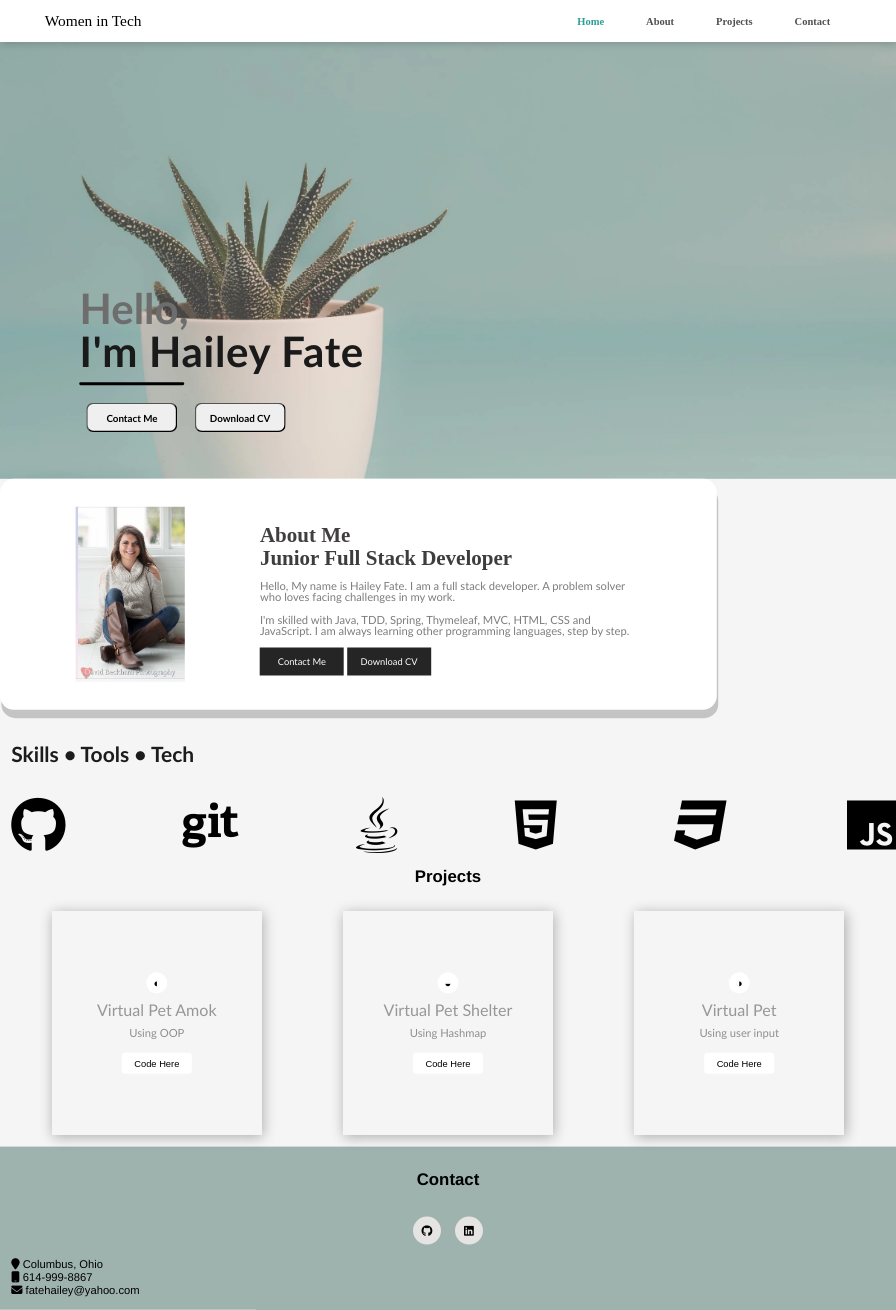
Repository: fatehailey/fatehailey.github.io
Page: index.html
These files come from the project's save history. The page is drawn as it stood at one moment and after a run of saves; the edit follows.
The browser window is 1280 px wide. The pictures show the whole page, at 70% of full size.
Some web libraries are served in a nearby version.

Above is the page before, as saved 2022-07-25 15:23:50.

After the next 5 saves:
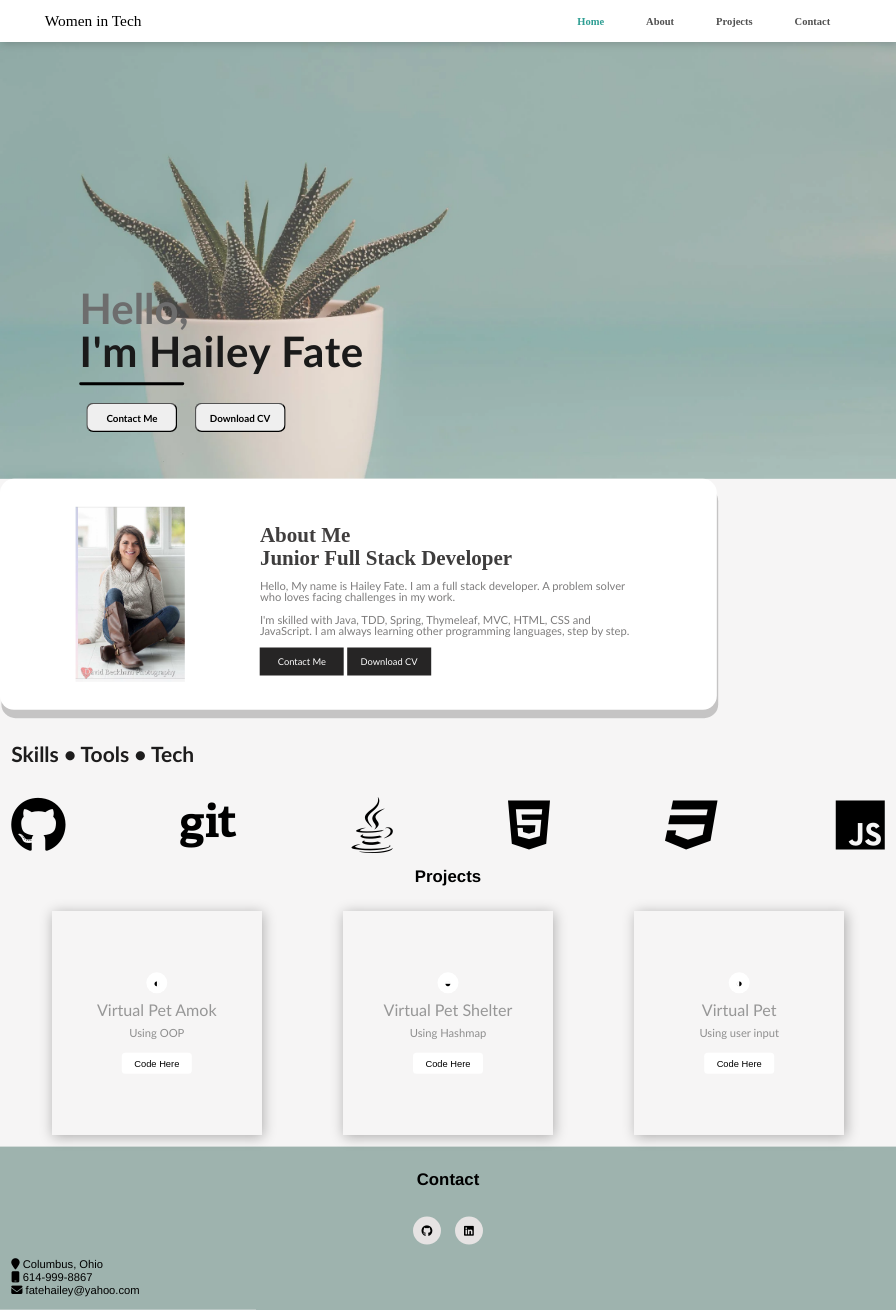
The 5 saves are shown as one change because they came seconds apart.
The last was saved 18 s later.
--- a/style.css
+++ b/style.css
@@ -175,6 +175,7 @@
 {
     flex: 50%;
     padding-left: 1rem;
+    padding-right: 1rem;
     justify-content: space-between;
     display: flex;
     flex-flow: row wrap;
